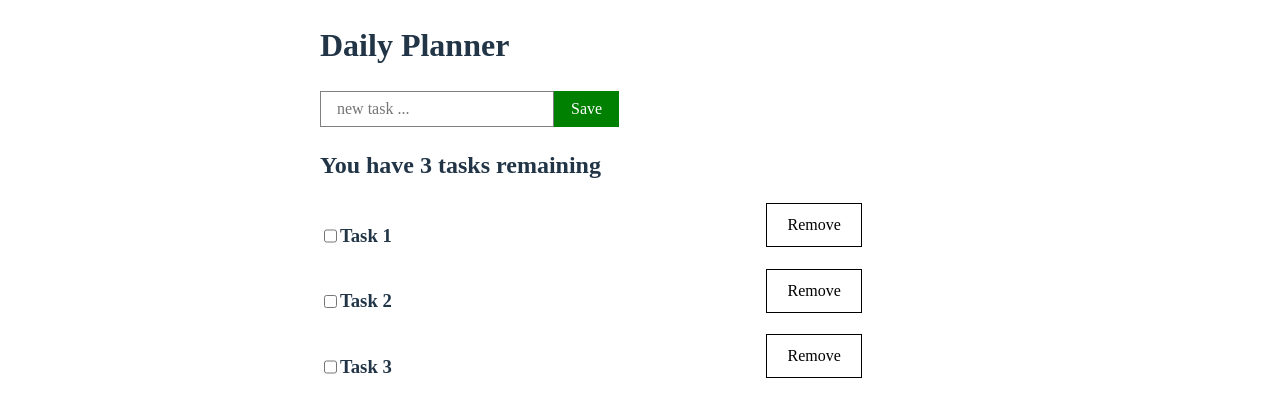
Repository: SamanthaYan298/my_planner
Page: /
An editor plug-in stored every save of this project. The page is shown before and after the next save, followed by the edit.
The browser window is 1280 px wide. The pictures show the whole page.
The project was rebuilt for these pictures with package versions that can differ from the ones it lists, and the page was loaded fresh each time. Also part of the build but not shown: vite.config.js.

Above is the page before, as saved 2024-10-08 00:47:50.

After the next save:
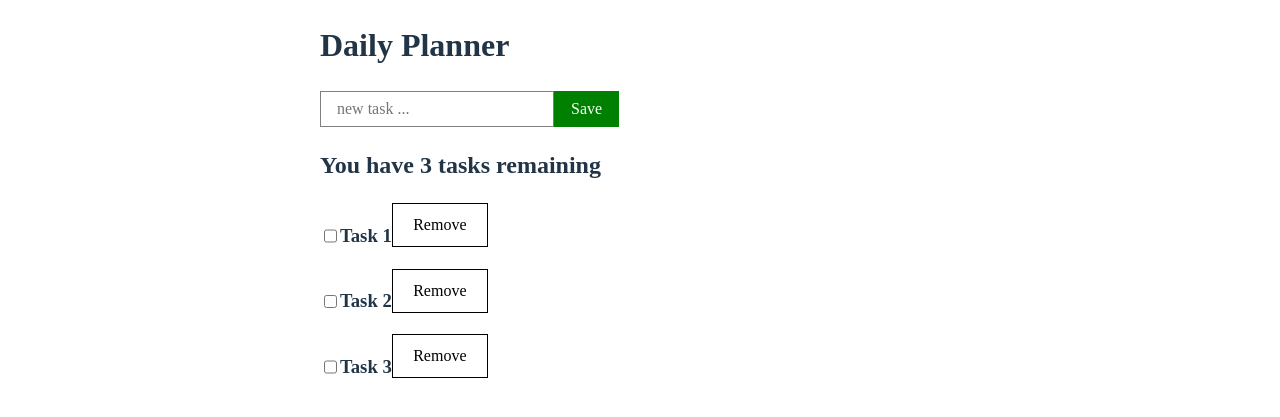
Saved 60 s later.
--- a/src/App.css
+++ b/src/App.css
@@ -44,10 +44,6 @@
   font-size: 1em;
 }
 
-div h3 {
-  padding-right: 20em;
-}
-
 .checked {
   color: grey;
   text-decoration: line-through;
